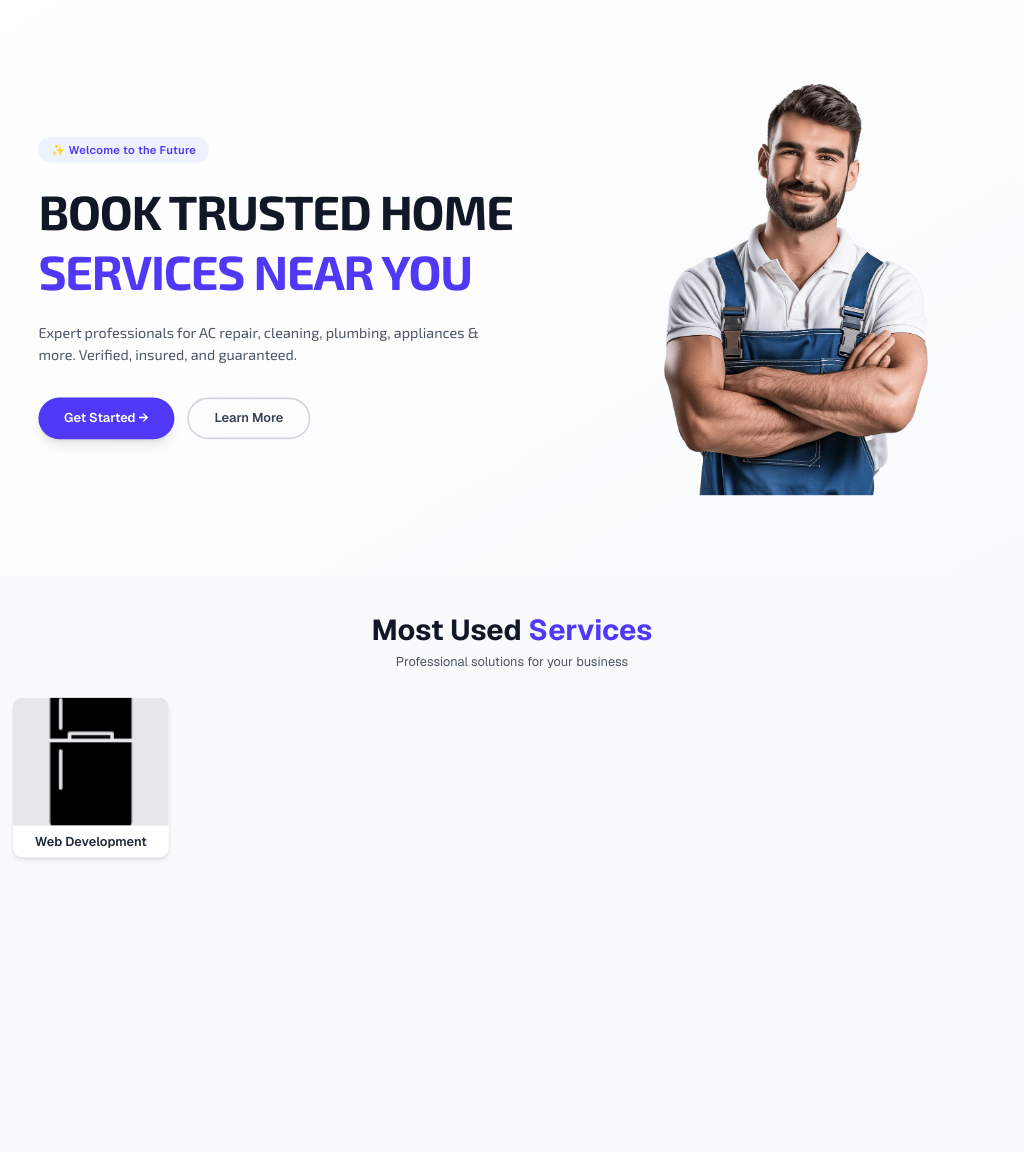
Repository: deepak445566/repai
Page: / (app in repair/)
These files come from the project's save history. The page is drawn as it stood at one moment and after the next save; the edit follows.
The browser window is 1280 px wide. The pictures show the whole page, at 80% of full size.
The project was rebuilt for these pictures with package versions that can differ from the ones it lists, and the page was loaded fresh each time. The framework's server and built-in components were replaced by stand-ins that run in the browser. Also part of the build but not shown: repair/next.config.mjs.

Above is the page before, as saved 2026-04-15 12:44:46.

### repair/src/app/layout.js
import { Abril_Fatface, Exo_2, Geist, Geist_Mono } from "next/font/google";
import "./globals.css";

const geistSans = Geist({
  variable: "--font-geist-sans",
  subsets: ["latin"],
});

const geistMono = Geist_Mono({
  variable: "--font-geist-mono",
  subsets: ["latin"],
});
const abril = Abril_Fatface({
  weight: '400',
  subsets: ['latin'],
  variable: '--font-abril',
});

const exo = Exo_2({
  subsets: ['latin'],
  weight: ['400','600','700'],
  variable: '--font-exo',
});

export const metadata = {
  title: "Create Next App",
  description: "Generated by create next app",
};

export default function RootLayout({ children }) {
  return (
    <html
      lang="en"
      className={`${geistSans.variable} ${geistMono.variable} ${abril.variable} ${exo.variable} h-full antialiased`}
    >
      <body className="min-h-full flex flex-col">{children}</body>
    </html>
  );
}

### repair/src/app/page.js
import HeroPage from '@/components/heroPage'
import ServicesPage from '@/components/Service'
import React from 'react'

function page() {
  return (
   <>
   <HeroPage/>
   <ServicesPage/>
   </>
  )
}

export default page

### repair/src/app/globals.css
@import "tailwindcss";

:root {
  --background: #ffffff;
  --foreground: #171717;
}

@theme inline {
  --color-background: var(--background);
  --color-foreground: var(--foreground);
  --font-sans: var(--font-geist-sans);
  --font-mono: var(--font-geist-mono);
}

@media (prefers-color-scheme: dark) {
  :root {
    --background: #0a0a0a;
    --foreground: #ededed;
  }
}

body {
  background: var(--background);
  color: var(--foreground);
  font-family: var(--font-parkinsans);
}



.abril {
  font-family: var(--font-abril);
}

.exo {
  font-family: var(--font-exo);
}

### repair/src/components/heroPage.jsx
import Image from 'next/image';

export default function HeroPage() {
  return (
    <div className="min-h-screen bg-gradient-to-br from-white to-gray-50 flex items-center justify-center px-4 lg:px-12 py-12">
      <div className="max-w-7xl mx-auto w-full">
        <div className="flex flex-col lg:flex-row items-center gap-12 lg:gap-10">

          {/* Left Section - 60% Width */}
          <div className="w-full lg:w-[55%] text-center lg:text-left space-y-6">
            <div className="inline-block px-4 py-1.5 rounded-full bg-indigo-50 text-indigo-600 text-sm font-semibold tracking-wide">
              ✨ Welcome to the Future
            </div>

            <h1 className="text-4xl sm:text-5xl lg:text-6xl font-bold tracking-tight text-gray-900 leading-tight uppercase exo">
            Book Trusted Home
              <span className="text-indigo-600 block"> Services Near You</span>
            </h1>

            <p className="text-lg text-gray-600 max-w-xl mx-auto lg:mx-0 exo">
         Expert professionals for AC repair, cleaning, plumbing, appliances & more. Verified, insured, and guaranteed.
            </p>

            <div className="flex flex-col sm:flex-row gap-4 justify-center lg:justify-start pt-4">
              <button className="px-8 py-3 rounded-full bg-indigo-600 text-white font-semibold shadow-lg hover:bg-indigo-700 transition-all duration-200 transform hover:scale-105">
                Get Started →
              </button>
              <button className="px-8 py-3 rounded-full border-2 border-gray-300 text-gray-700 font-semibold hover:bg-gray-50 transition-all duration-200">
                Learn More
              </button>
            </div>
          </div>

          {/* Right Section - 40% Width */}
          <div className="w-full lg:w-[45%] flex justify-center lg:justify-end">
            <div className="relative w-full max-w-sm sm:max-w-md lg:max-w-lg">
              <div className="absolute inset-0 opacity-60 -z-10"></div>
              <div className="relative overflow-hidden">
                {/* Size control - Apni hisaab se change karo */}
                <div className="relative w-[350px] h-[400px] md:w-[400px] md:h-[400px] lg:w-[550px] lg:h-[550px] mx-auto ">
                  <Image
                    src="/images/image1.png"
                    alt="Hero Image"
                    fill
                    className="object-contain p-4"
                    priority
                  />
                </div>
              </div>
            </div>
          </div>
        </div>
      </div>
    </div>
  );
}

### repair/src/components/Service.jsx
import Image from 'next/image';

export default function ServicesPage() {
  const services = [
    { id: 1, title: "Web Development", image: "/images/image.png" },

  ];

  return (
    <div className="min-h-screen bg-gray-50 py-12 px-4">
      <div className="max-w-7xl mx-auto">

        {/* Header */}
        <div className="text-center mb-8">
          <h2 className="text-3xl sm:text-4xl font-bold text-gray-900 mb-2">
            Most Used <span className="text-indigo-600">Services</span>
          </h2>
          <p className="text-gray-600 text-sm sm:text-base">
            Professional solutions for your business
          </p>
        </div>

        {/* Grid - Mobile: 2 columns, Desktop: 6 columns */}
        <div className="grid grid-cols-2 lg:grid-cols-6 gap-3 md:gap-4">
          {services.map((service, index) => (
            <div
              key={service.id}
              className="group cursor-pointer bg-white rounded-xl overflow-hidden shadow-md hover:shadow-xl transition-all duration-300 hover:-translate-y-1"
            >
              {/* Image Section */}
              <div className="relative h-32 sm:h-36 md:h-40 overflow-hidden bg-gray-200">
                {/* Placeholder - Replace with your images */}

                {/* Actual Image - Uncomment when ready */}
                <Image src={service.image} alt={service.title} fill className="object-cover group-hover:scale-110 transition-transform duration-500" />
              </div>

              {/* Title Section */}
              <div className="py-2 px-1 sm:py-2.5 sm:px-2 text-center">
                <h3 className="text-xs sm:text-sm md:text-base font-semibold text-gray-800 group-hover:text-indigo-600 transition-colors leading-tight">
                  {service.title}
                </h3>
              </div>
            </div>
          ))}
        </div>
      </div>
    </div>
  );
}

After the next save:
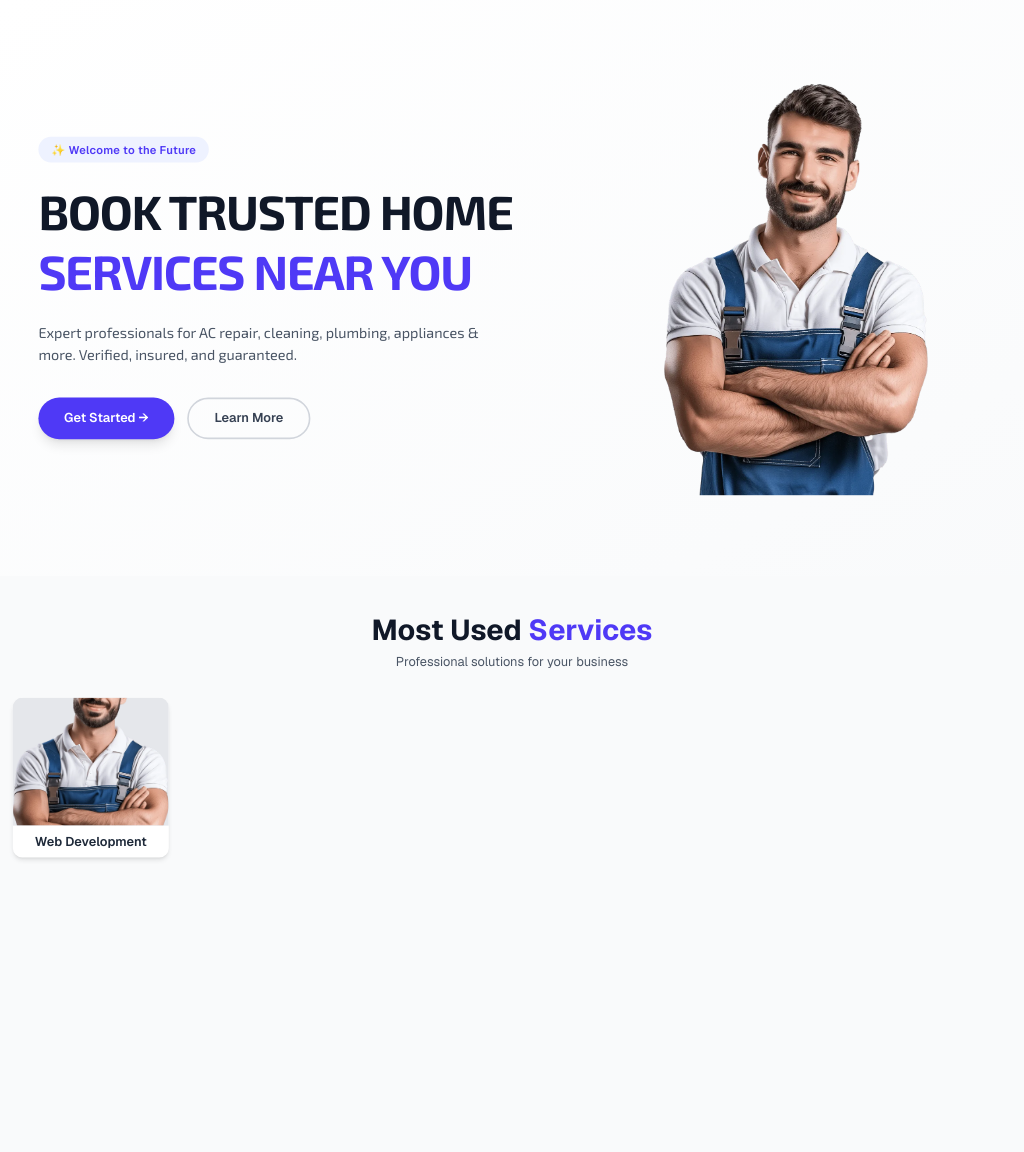
Saved 44 s later.
--- a/repair/src/components/Service.jsx
+++ b/repair/src/components/Service.jsx
@@ -2,7 +2,7 @@
 
 export default function ServicesPage() {
   const services = [
-    { id: 1, title: "Web Development", image: "/images/image.png" },
+    { id: 1, title: "Web Development", image: "/images/image1.png" },
 
   ];
 

After the save that followed:
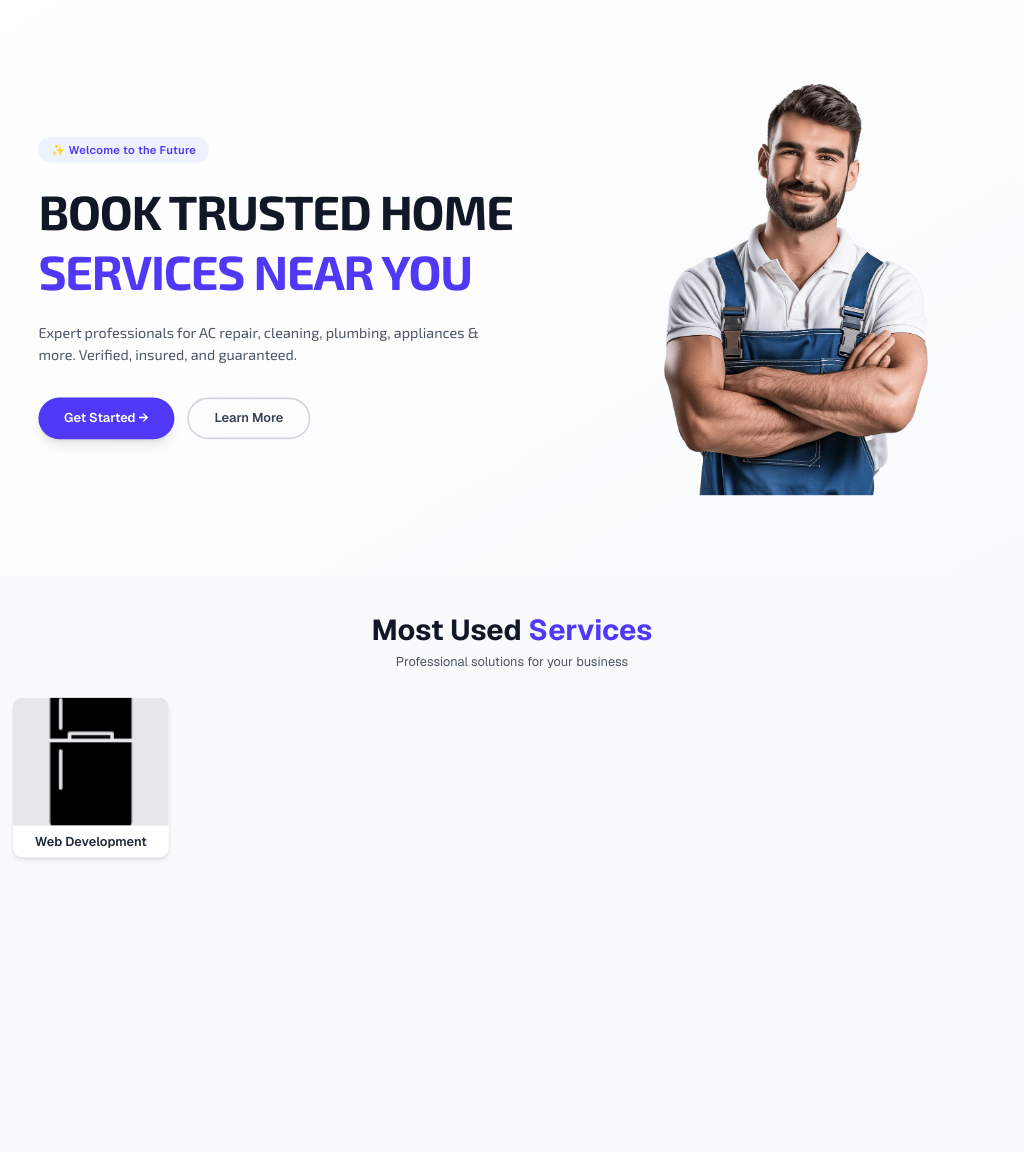
Saved 6 s later.
--- a/repair/src/components/Service.jsx
+++ b/repair/src/components/Service.jsx
@@ -2,7 +2,7 @@
 
 export default function ServicesPage() {
   const services = [
-    { id: 1, title: "Web Development", image: "/images/image1.png" },
+    { id: 1, title: "Web Development", image: "/images/image.png" },
 
   ];
 
